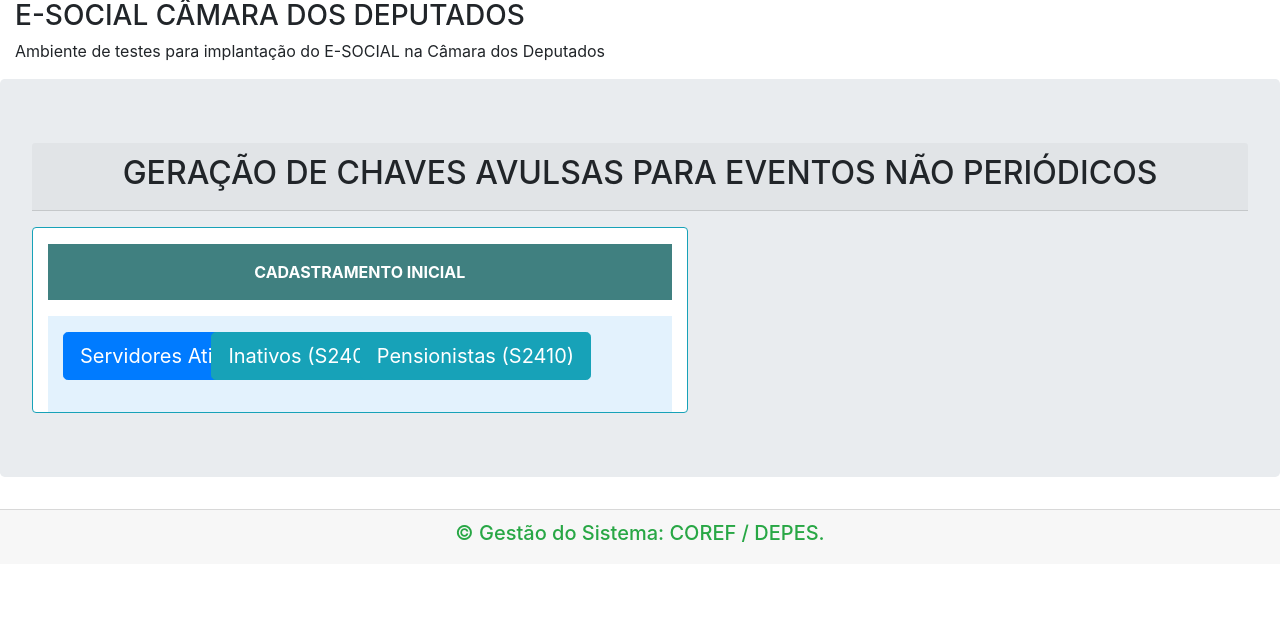
Repository: coref-depes/esocialapp
Page: http://localhost/paginaprincipal
An editor plug-in stored every save of this project. The page is shown before and after the next save, followed by the edit.
The browser window is 1280 px wide. The pictures show the whole page.
Some web fonts or font styles are not loaded; a fallback is used. The page is this project's Thymeleaf template; nobody is signed in. The template is opened directly, without the code that normally fills it, so the values that code supplies are empty.

Above is the page before, as saved 2022-08-03 15:12:19.

After the next save:
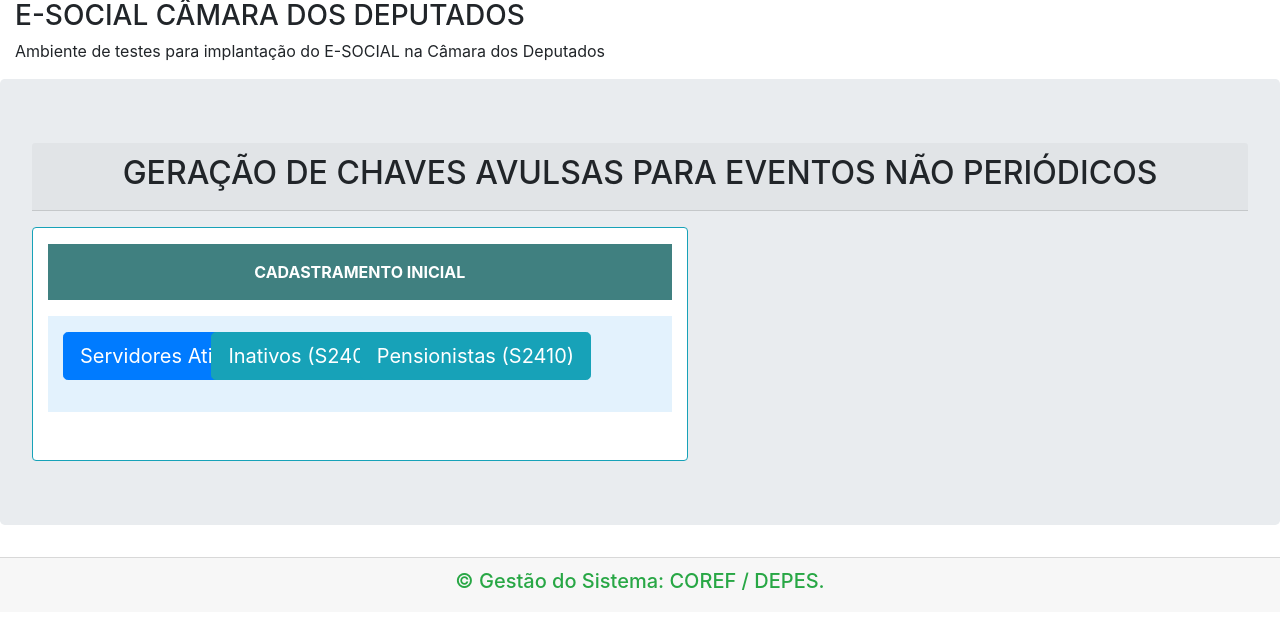
Saved 59 s later.
--- a/br.gov.camara.esocial/src/main/resources/templates/paginaprincipal.html
+++ b/br.gov.camara.esocial/src/main/resources/templates/paginaprincipal.html
@@ -88,12 +88,11 @@
             	<a class="btn btn-info btn-lg"        th:href="@{/cadinativos/abrecadastroinicial/S2400}"       role="button">Pensionistas (S2410)</a></p>
              </div>
            </div>
-           <p>
+
          </div>
-
-
-
-
+<p>
+<p>
+<p>
     </div>
         </div>
 
